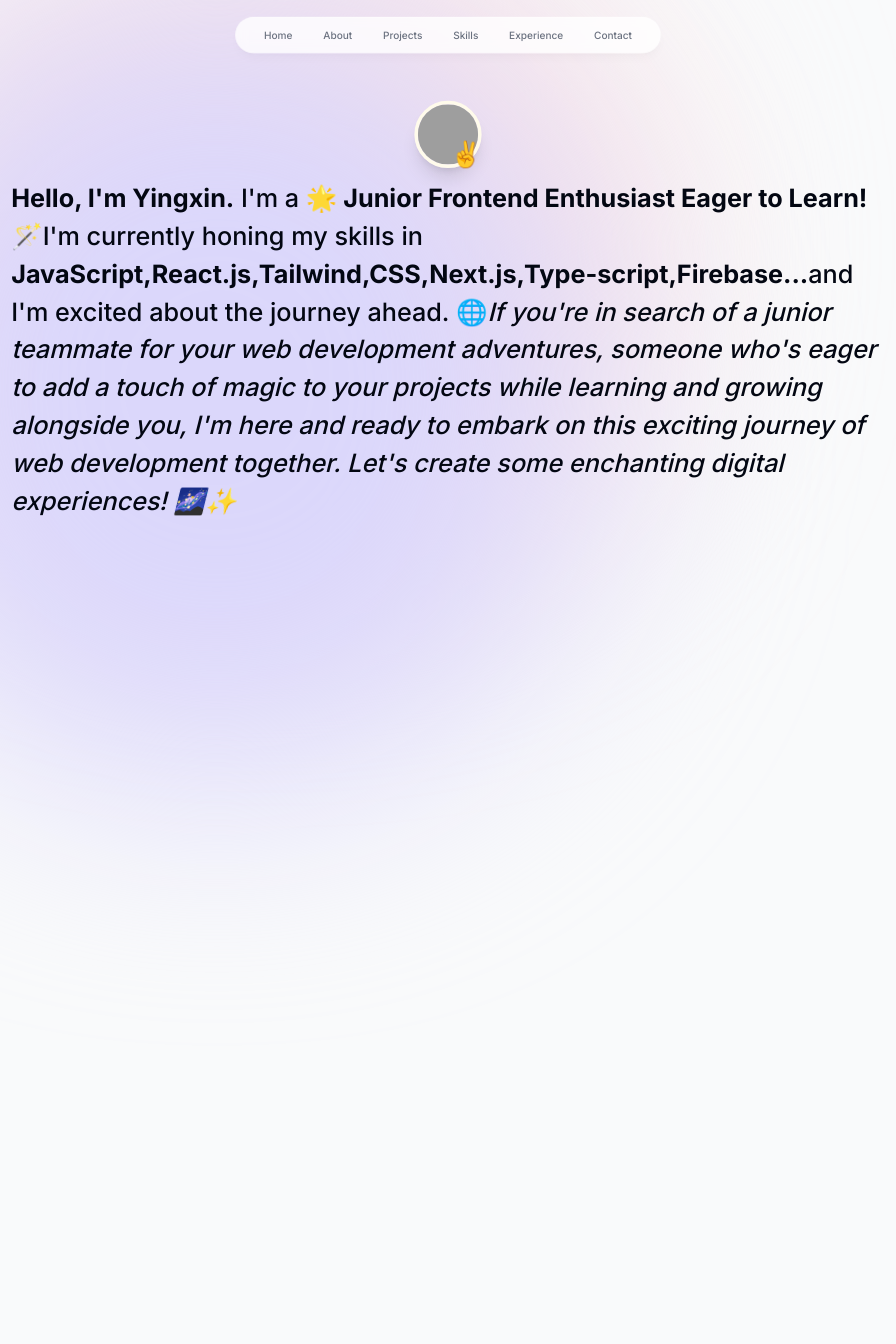
Repository: Tracy-maker/portfolio_website
Page: /
The author's editor kept a copy of each file at every save. The page is drawn from the files as they stood at one save, then again after a run of saves.
The browser window is 1280 px wide. The pictures show the part of the page from y = 0 to 1920 px (the page is 5000 px tall), at 70% of full size.
Pictures or frames that could not be fetched are drawn as grey boxes. The project was rebuilt for these pictures with package versions that can differ from the ones it lists, and the page was loaded fresh each time. The framework's server and built-in components were replaced by stand-ins that run in the browser. Also part of the build but not shown: next.config.js.

Above is the page before, as saved 2023-10-02 17:55:09.

After the next 2 saves:
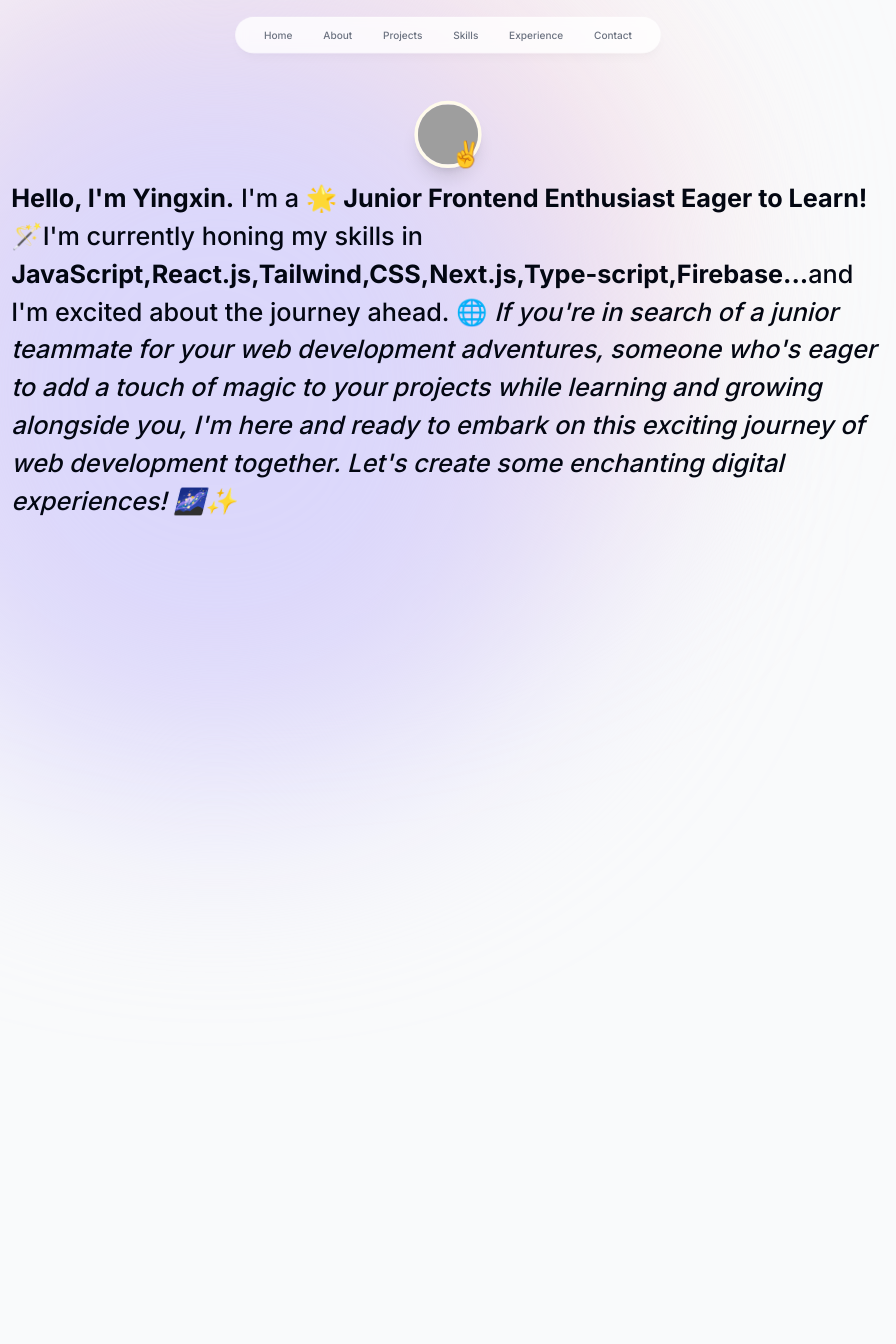
The 2 saves are shown as one change because they came seconds apart.
The last was saved 65 s later.
--- a/components/intro.tsx
+++ b/components/intro.tsx
@@ -57,6 +57,7 @@
           {""} JavaScript,React.js,Tailwind,CSS,Next.js,Type-script,Firebase...
         </span>
         and I'm excited about the journey ahead. 🌐
+        {""}{" "}
         <span className="italic">
           If you're in search of a junior teammate for your web development
           adventures, someone who's eager to add a touch of magic to your

After the save that followed:
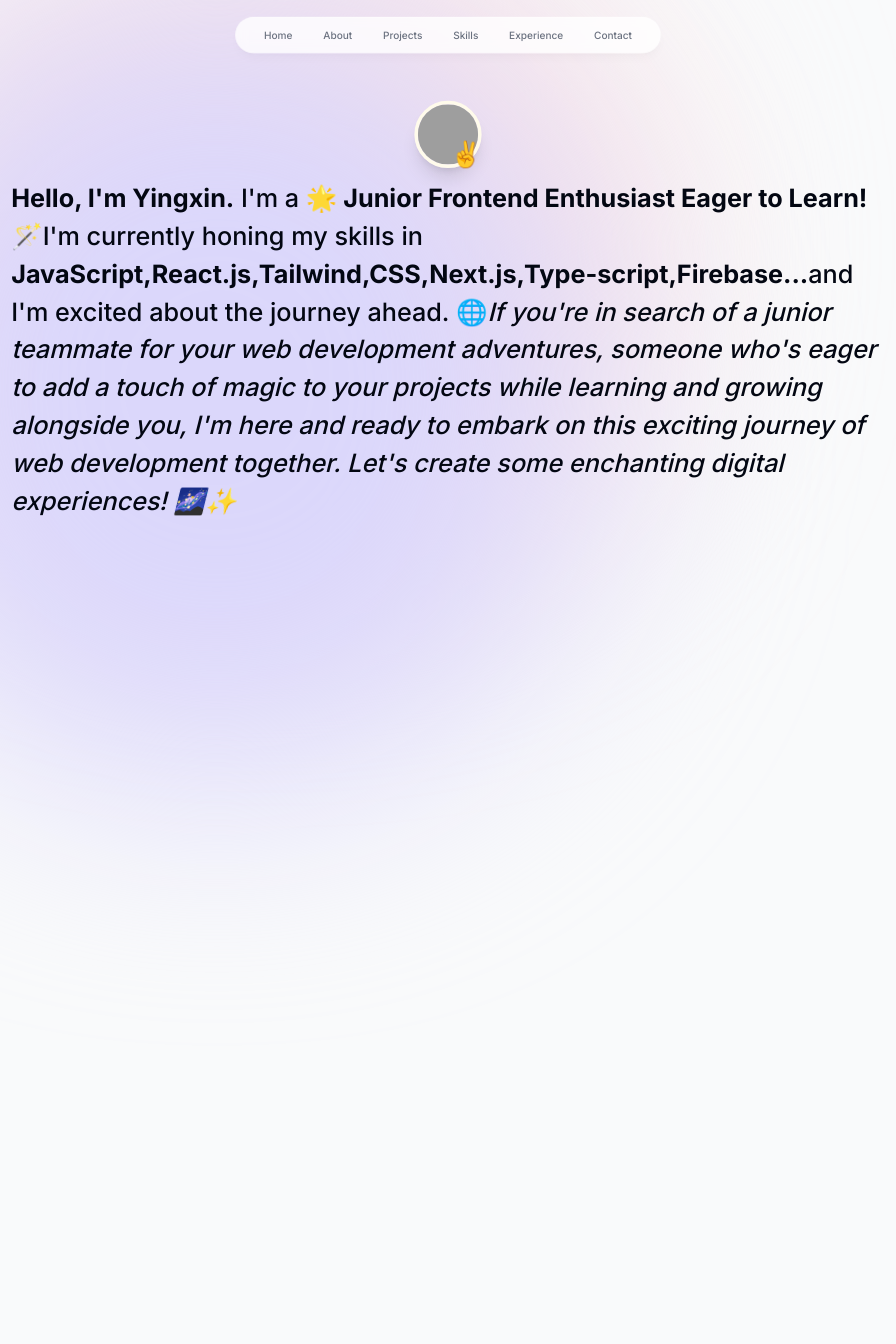
Saved 12 s later.
--- a/components/intro.tsx
+++ b/components/intro.tsx
@@ -57,7 +57,7 @@
           {""} JavaScript,React.js,Tailwind,CSS,Next.js,Type-script,Firebase...
         </span>
         and I'm excited about the journey ahead. 🌐
-        {""}{" "}
+        {""}
         <span className="italic">
           If you're in search of a junior teammate for your web development
           adventures, someone who's eager to add a touch of magic to your
